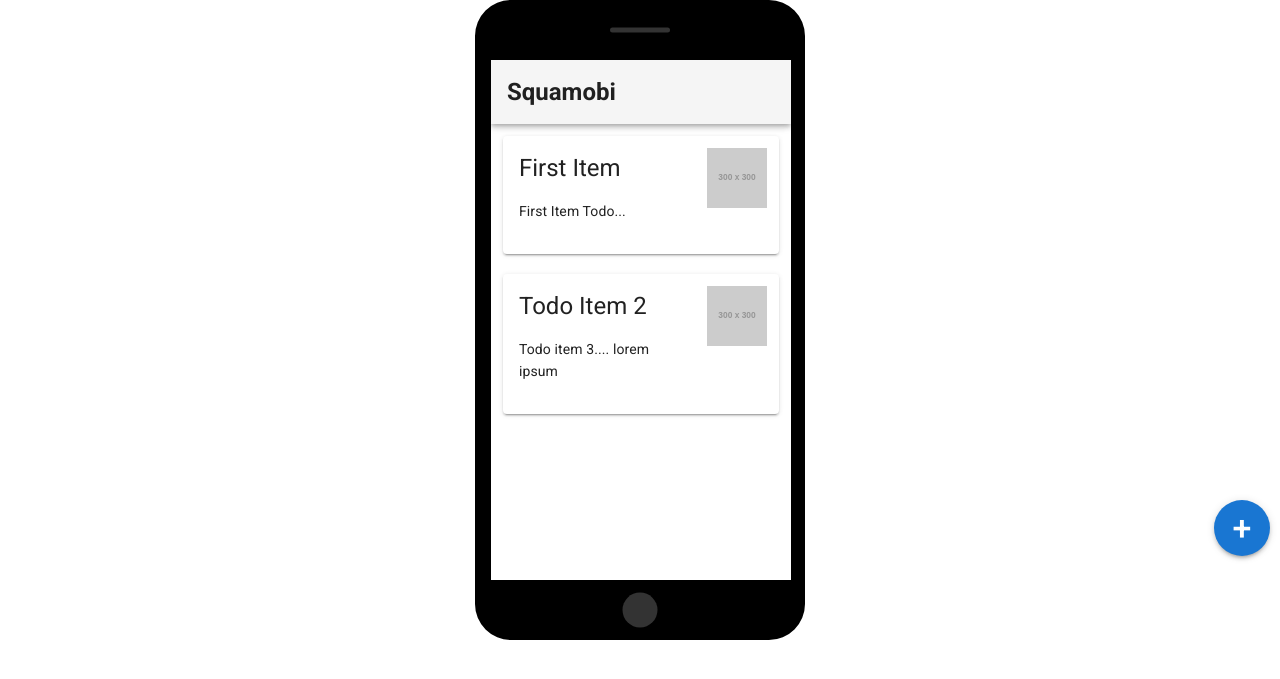
Repository: Keepnox/squamobi-interview
Page: /
These files come from the project's save history. The page is drawn as it stood at one moment and after a run of saves; the edit follows.
The browser window is 1280 px wide. The pictures show the whole page.
The project was rebuilt for these pictures with package versions that can differ from the ones it lists, and the page was loaded fresh each time. Also part of the build but not shown: vue.config.js. Imported but missing from the stored project, and not drawn on this page: src/views/About.vue.

Above is the page before, as saved 2022-01-16 01:38:56.

### src/App.vue
<template>
  <smartphone>
    <v-app>
    <v-main>
        <v-app-bar >
          <h2>Squamobi</h2>
        </v-app-bar>

      <!-- Provides the application the proper gutter -->
      <v-container fluid>

        <!-- If using vue-router -->
        <router-view></router-view>
      </v-container>
    </v-main>

  </v-app>
  </smartphone>

</template>

<script>
import Smartphone from './components/Smartphone.vue';

export default {
  name: 'App',

  components: {
    Smartphone,
  },

  data: () => ({
    //
  }),
};
</script>

### src/components/Smartphone.vue
<template>
  <div class="smartphone">
    <div class="content">
      <slot> </slot>
    </div>
  </div>
</template>

<style scoped>

.smartphone {
  position: relative;
  width: 330px;
  height: 640px;
  margin: auto;
  border: 16px black solid;
  border-top-width: 60px;
  border-bottom-width: 60px;
  border-radius: 36px;
}

/* The horizontal line on the top of the device */
.smartphone:before {
  content: '';
  display: block;
  width: 60px;
  height: 5px;
  position: absolute;
  top: -30px;
  left: 50%;
  transform: translate(-50%, -50%);
  background: #333;
  border-radius: 10px;
}

/* The circle on the bottom of the device */
.smartphone:after {
  content: '';
  display: block;
  width: 35px;
  height: 35px;
  position: absolute;
  left: 50%;
  bottom: -65px;
  transform: translate(-50%, -50%);
  background: #333;
  border-radius: 50%;
}

/* The screen (or content) of the device */
.smartphone .content {
  width: 300px;
  height: 520px;
  background: white;
}

.content > * {
  min-height: 100%;
  height: 100%;
}
</style>

### src/views/Home.vue
<template>
  <div id="listOuter">
    <TodoItem
      v-for="(t, index) in todoData"
      :key="index"
      :title="t.title"
      :desc="t.description"
      :image="t.image"
    ></TodoItem>

    <v-btn
          class="add-button"
          color="primary"
          elevation="3"
          fab
          v-on:click="dialog = !dialog"
        ><span style="font-size:34px;">+</span></v-btn>
        <v-card class="popup" v-if="dialog">
          <div class="popup-title">Add Todo</div>
          <v-text-field
            label="Title"
            hide-details="auto"
            v-model="title"
          ></v-text-field>
          <v-text-field
            label="Description"
            hide-details="auto"
            v-model="description"
          ></v-text-field>
          <v-text-field
            label="Image Url"
            hide-details="auto"
            v-model="image"
          ></v-text-field>
          <v-btn class="add" v-on:click="addTodo">
            Add
          </v-btn>
        </v-card>
  </div>
</template>

<script>

import TodoItem from '@/components/TodoItem.vue'

export default {
  name: 'Home',
  components: {TodoItem},
  data () {
    return {
      todoData: [],
      dialog: false,
      image: "",
      description: "",
      title: ""
    }
  },
  watch: {
    dialog(val) {
      if(val) {
        document.getElementsByTagName('body')[0].classList.add('popup-active')
      } else {
        document.getElementsByTagName('body')[0].classList.remove('popup-active')
      }
    }
  },
  mounted () {
    this.todoData = JSON.parse(localStorage.getItem('todo'))
  },
  created() {
    let defaultData = JSON.parse(localStorage.getItem('todo')) || [
        {
          title: "First Item",
          description: 'First Item Todo...',
          image: "https://unsplash.it/640/425?random"
        },
        {
          title: "Todo Item 2",
          description: 'Todo item 3.... lorem ipsum',
          image: "https://unsplash.it/640/425?random"
        }
      ]
    localStorage.setItem('todo', JSON.stringify(defaultData))
  },
  methods: {
    addTodo() {
      this.todoData.push(
        {
          title: this.title,
          description: this.description,
          image: this.image
        }
      );
      localStorage.setItem('todo', JSON.stringify(this.todoData));
      this.dialog = false;
    }
  }
}
</script>

<style >
.v-application--wrap {
  height: 100%;
  min-height: 100%;
  overflow: hidden;
  overflow-y: scroll;
}
.v-main, v-main__wrap {
  height: 100%;
}
.v-main .container {
  height: calc(100% - 55px);
}
.list-outer
.list-outer {
  position: relative;
  height: 100%;
  width: 100%;
}
.add-button {
  position: fixed;
  right: 10px;
  top: 500px;
}
.popup {
  position: absolute;
  padding: 15px;
  width: 90%;
  top: 50%;
  transform: translateY(-50%);
}
.popup .add {
  margin-top: 20px;
  float: right;
}
.popup .popup-title {
  font-weight: 900;
}
</style>

### src/components/TodoItem.vue
<template>
    <v-card class="mb-5">
      <div class="d-flex flex-no-wrap justify-space-between">
        <div>
          <v-card-title class="text-h5" v-text="title"></v-card-title>

          <v-card-text > {{desc}} </v-card-text>
          <v-card-actions>
          </v-card-actions>
        </div>

        <v-avatar
          class="ma-3"
          size="60"
          tile
        >
          <v-img src="http://placehold.it/300"></v-img>
        </v-avatar>
      </div>
    </v-card>
</template>
<script>
export default {
  props: ["desc", "title", "image"],
  mounted() {
    console.log(this.items)
  }
}
</script>

Loaded but not shown: public/index.html (common file); src/main.js (common file); src/plugins/vuetify.js (common file); src/router/index.js (common file)

After the next 3 saves:
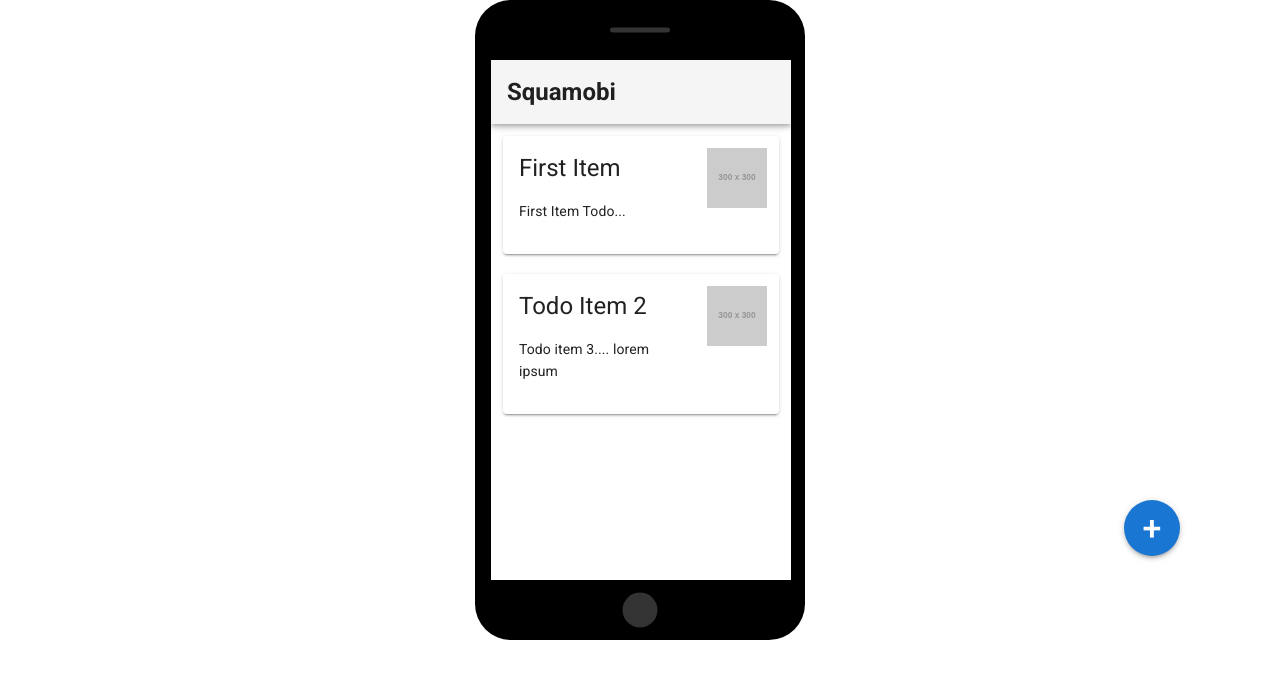
The 3 saves are shown as one change because they came seconds apart.
The last was saved 33 min 0 s later.
--- a/src/views/Home.vue
+++ b/src/views/Home.vue
@@ -119,7 +119,7 @@ export default {
 }
 .add-button {
   position: fixed;
-  right: 10px;
+  right: 100px;
   top: 500px;
 }
 .popup {
